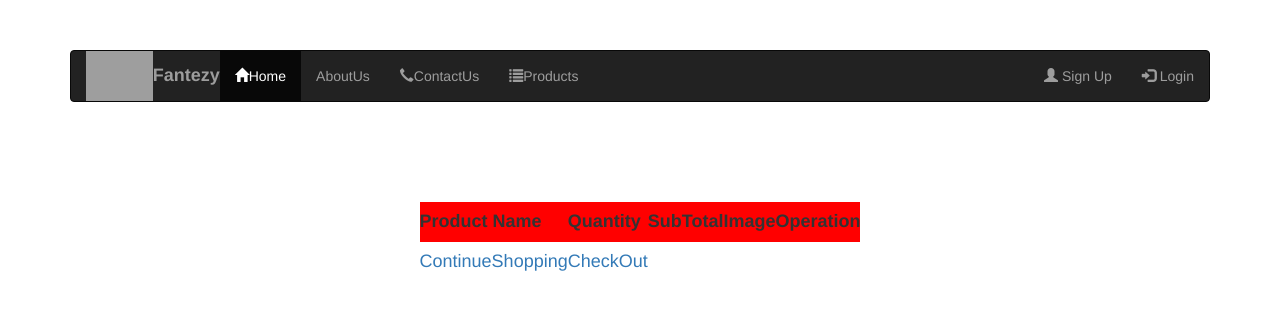
Repository: Safna93/eCommerce-project
Page: http://localhost/FantezyFrontendProject/WEB-INF/views/Cart.jsp
An editor plug-in stored every save of this project. The page is shown before and after the next save, followed by the edit.
The browser window is 1280 px wide. The pictures show the whole page.
Pictures or frames that could not be fetched are drawn as grey boxes. Some web libraries are served in a nearby version. The page is served by Tomcat 9. Nobody is signed in. Other server files are loaded and not shown. The template is opened directly, without the code that normally fills it, so the values that code supplies are empty.

Above is the page before, as saved 2017-07-11 06:56:30.

### Fantezy Project/Fantezy/FantezyFrontendProject/src/main/webapp/WEB-INF/views/Cart.jsp
<%@ page language="java" contentType="text/html"%>
 <%@ taglib uri="http://java.sun.com/jsp/jstl/core" prefix="c" %>
<%@include file="Header.jsp" %>
<table cellspacing="3" align="center" >
<tr bgcolor="red">
<td><h4><b>Product Name</b></h4></td>
<td><h4><b>Quantity</b></h4></td>
<td><h4><b>SubTotal</b></h4></td>
<td><h4><b>Image</b></h4></td>
<td><h4><b>Operation</b></h4></td>
</tr>
<c:forEach items="${cartitems }" var="cartitem">
<tr>
<form action="<c:url value="/updateCartItem/${cartitem.citemid }" />" />
<td>${cartitem.prodname }</td>
<td><input type="text" value="${cartitem.quantity }" name="quantity" required/></td>
<td>${cartitem.price * cartitem.quantity }</td>
<td><img src="<c:url value='/resources/images/${cartitem.prodid }.jsp'/>" width="100" height="100">
<td>
<input type="submit" value="UPDATE" class="btn-success btn-block"/>
<a href="<c:url value="/deleteCartItem/${cartitem.citemid }" />">DELETE </a>
</td>
</tr>
</c:forEach>
<tr>
<td><a href="ProductPage"><b><h4>ContinueShopping</h4></b></a></td><br><br><br>
<br>
<td><a href="<c:url value="/CheckOut" />"> <b><h4>CheckOut</h4></b></a></td>
</tr>
</table>
</body>

### Fantezy Project/Fantezy/FantezyFrontendProject/src/main/webapp/WEB-INF/views/Header.jsp
<!DOCTYPE html>
<html lang="en">
<head>
<title>Fatntezy-The Girlz Corner</title>
<meta charset="utf-8">
<meta name="viewport" content="width=device-width, initial-scale=1">
<%@ taglib uri="http://java.sun.com/jsp/jstl/core" prefix="c"%>
<link rel="stylesheet"
	href="https://maxcdn.bootstrapcdn.com/bootstrap/3.3.7/css/bootstrap.min.css">
<link href="<c:url value="/resources/css/Head.css" />" rel="stylesheet">
<script
	src="https://ajax.googleapis.com/ajax/libs/jquery/3.2.1/jquery.min.js"></script>
<script
	src="https://maxcdn.bootstrapcdn.com/bootstrap/3.3.7/js/bootstrap.min.js"></script>
</head>
<body>

	<div class="header">
		<div class="container">
			<header style="height: 50px;"></header>
			<!------------- Navbar -------------->
			<nav class="my-nav navbar navbar-inverse bs-dark">
				<div class="navbar-header"></div>


				<div class="collapse navbar-collapse"
					id="bs-example-navbar-collapse-1">
					<ul class="nav navbar-nav">
						<a class="navbar-brand" href="#" style="padding: 0px;"> <img
							src="/resources/images/fan.png" style="height: 100%; display: inline-block;"><span><b>Fantezy</b></span>
						</a>

						<li class="active"><a href="Main"><span
								class="glyphicon glyphicon-home"></span>Home</a></li>

						<li><a href="AboutUs">AboutUs</a></li>
						<li><a href="ContactUs"><span
								class="glyphicon glyphicon-earphone"></span>ContactUs</a></li>
						<li><a href="displayProducts"><span
								class="glyphicon glyphicon-list"></span>Products</a></li>
						</li>

					</ul>
					<ul class="nav navbar-nav navbar-right">
						<li><a href="login"><span
								class="glyphicon glyphicon-log-in"></span> Login</a></li>
					</ul>
					<ul class="nav navbar-nav navbar-right">
						<li><a href="Register"><span
								class="glyphicon glyphicon-user"></span> Sign Up</a></li>

					</ul>
				</div>


				</li>
				</ul>
		</div>
		</nav>
	</div>

	<!----------- !Navbar End ------------>


	</div>

### Fantezy Project/Fantezy/FantezyFrontendProject/src/main/webapp/resources/css/Head.css


.bs-dark.navbar-inverse {
  background-color: #222;
  border-color: #080808;
}
.bs-dark .navbar-img {padding:5px 6px !important;}
.bs-dark .navbar-img img {width:40px;}
.bs-dark .dropdown-menu {
  min-width: 200px;
  padding: 5px 0;
  margin: 2px 0 0;
  background-color: #000;
  border: 1px solid rgba(0, 0, 0, 0.7);
  border: 1px solid rgba(0, 0, 0, .15);
  -webkit-box-shadow: 0 6px 12px rgba(0, 0, 0, .175);
          box-shadow: 0 6px 12px rgba(0, 0, 0, .175);
}

.bs-dark .dropdown-menu .divider {
  border: 1px solid rgba(0, 0, 0, 0.8);
}
.bs-dark .dropdown-menu > li > a {
  padding: 6px 20px;
  color: rgba(255,255,255,0.80);
}
.bs-dark .dropdown-menu > li > a:hover,
.bs-dark .dropdown-menu > li > a:focus {
  color: rgba(255,255,255,0.70);
  text-decoration: none;
  background-color: transparent;
}
.bs-dark .dropdown-menu > .active > a,
.bs-dark .dropdown-menu > .active > a:hover,
.bs-dark .dropdown-menu > .active > a:focus {
  color: rgba(255,255,255,0.70);
  text-decoration: none;
  background-color: transparent;
  outline: 0;
}

.bs-dark .navbar-form {
  margin:0;
  margin-top: 5px;
  padding:8px 0px;
}

.bs-dark .navbar-form .search-box {
  border:0px;
  height:35px;
  outline: none;
  width:320px;
  padding-right: 3px;
  padding-left: 15px;
  margin:4px;
  -webkit-border-radius: 22px;
  -moz-border-radius: 22px;
  border-radius: 22px;
}

.bs-dark .navbar-form button {
  border: 0;
  background: none;
  padding: 2px 5px;
  margin-top: 2px;
  position: relative;
  left: -34px;
  margin-bottom: 0;
  -webkit-border-radius: 3px;
  -moz-border-radius: 3px;
  border-radius: 3px;
}

.bs-dark .search-box:focus + button {
  z-index: 3;
}

@media (min-width: 768px) {
    .bs-dark .dropdown:hover {background-color: #000;}
	.bs-dark .dropdown:hover .dropdown-menu {
	  display: block;
	}
	.bs-dark .navbar-form {
	  padding:0px;
	}
	.bs-dark .navbar-form .search-box {
	  width:260px;
	  height:32px;
	}

}

After the next save:
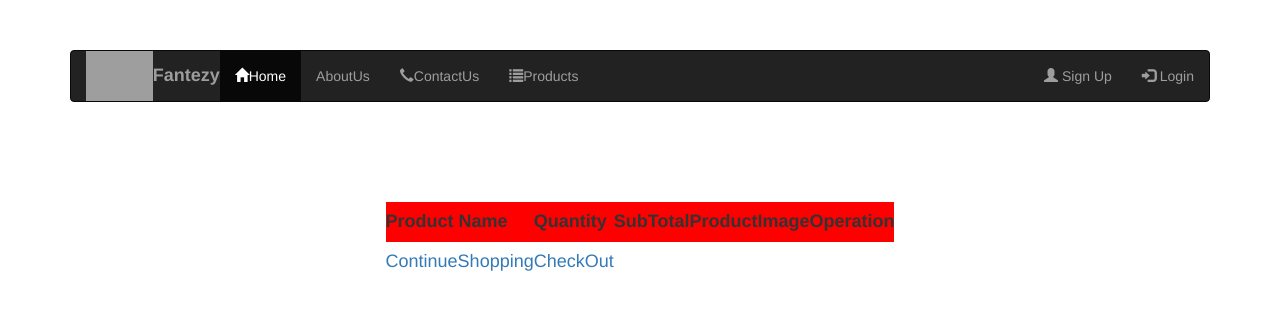
Saved 12 s later.
--- a/Fantezy Project/Fantezy/FantezyFrontendProject/src/main/webapp/WEB-INF/views/Cart.jsp
+++ b/Fantezy Project/Fantezy/FantezyFrontendProject/src/main/webapp/WEB-INF/views/Cart.jsp
@@ -6,7 +6,7 @@
 <td><h4><b>Product Name</b></h4></td>
 <td><h4><b>Quantity</b></h4></td>
 <td><h4><b>SubTotal</b></h4></td>
-<td><h4><b>Image</b></h4></td>
+<td><h4><b>ProductImage</b></h4></td>
 <td><h4><b>Operation</b></h4></td>
 </tr>
 <c:forEach items="${cartitems }" var="cartitem">
